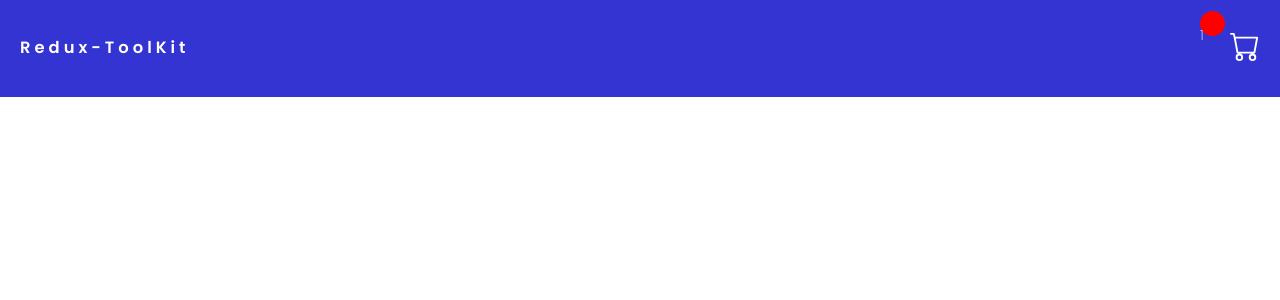
Repository: OmniaRafat232111121/shoppingCart
Page: /
An editor plug-in stored every save of this project. The page is shown before and after a run of saves, followed by the edit.
The browser window is 1280 px wide. The pictures show the whole page.
The project was rebuilt for these pictures with package versions that can differ from the ones it lists, and the page was loaded fresh each time. Also part of the build but not shown: src/App.css.

Above is the page before, as saved 2023-02-07 01:56:21.

After the next 2 saves:
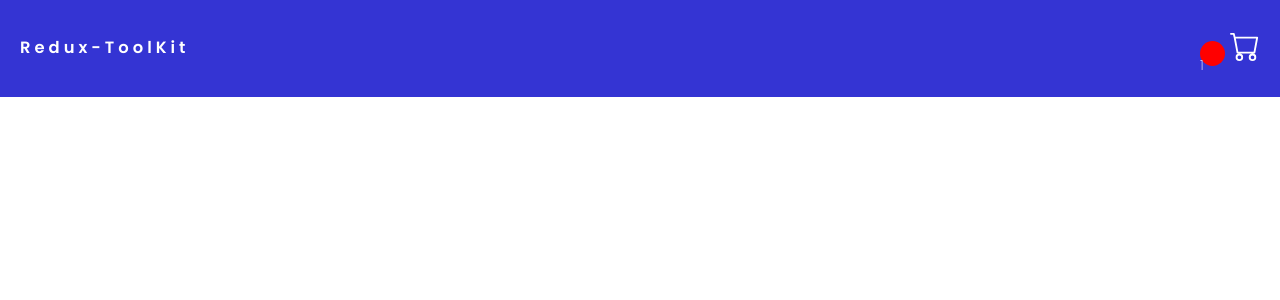
The 2 saves are shown as one change because they came seconds apart.
The last was saved 13 s later.
--- a/src/index.css
+++ b/src/index.css
@@ -34,6 +34,7 @@
   left:-30px;
   background-color: red;
   border-radius: 50%;
+  margin-top: 30px;
   width:25px;
   height:25px;
 }

After the save that followed:
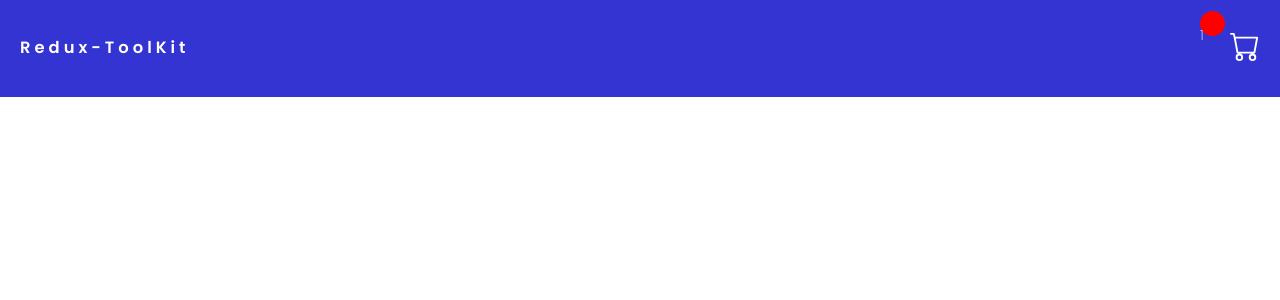
Saved 6 s later.
--- a/src/index.css
+++ b/src/index.css
@@ -34,7 +34,7 @@
   left:-30px;
   background-color: red;
   border-radius: 50%;
-  margin-top: 30px;
+
   width:25px;
   height:25px;
 }
